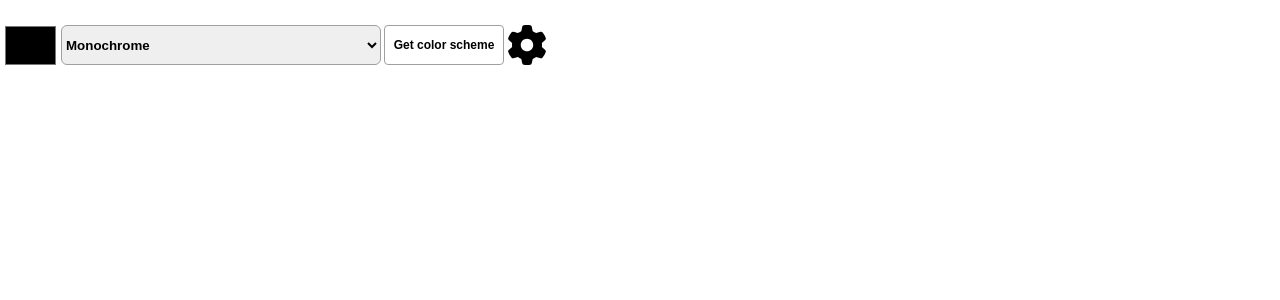
Repository: RadziSzop/colorPicker
Page: index.html
The author's editor kept a copy of each file at every save. The page is drawn from the files as they stood at one save, then again after the next save.
The browser window is 1280 px wide. The pictures show the whole page.

Above is the page before, as saved 2022-03-04 22:47:34.
Console error: TypeError: Cannot read properties of null (reading 'addEventListener')

### index.html
<!DOCTYPE html>
<html lang="en">
  <head>
    <meta charset="UTF-8" />
    <meta http-equiv="X-UA-Compatible" content="IE=edge" />
    <meta name="viewport" content="width=device-width, initial-scale=1.0" />
    <link rel="stylesheet" href="style.css" />
    <link rel="preconnect" href="https://fonts.googleapis.com" />
    <link rel="preconnect" href="https://fonts.gstatic.com" crossorigin />
    <link
      href="https://fonts.googleapis.com/css2?family=Roboto:wght@400;700&display=swap"
      rel="stylesheet"
    />
    <title>Document</title>
  </head>
  <body>
    <!-- <p id="test">ok</p> -->
    <div class="container">
      <div class="main">
        <input type="color" id="color-picker" />
        <select id="menu">
          <option value="Monochrome">Monochrome</option>
          <option value="Monochrome-dark">Monochrome-dark</option>
          <option value="Monochrome-light">Monochrome-light</option>
          <option value="Analogic">Analogic</option>
          <option value="Complement">Complement</option>
          <option value="Analogic-complement">Analogic-complement</option>
          <option value="Triad">Triad</option>
        </select>
        <button id="submit-button">Get color scheme</button>
        <!-- <button id="settings-button">Settings</button> -->
        <div class="gear">
          <img src="images/gear-solid.svg" alt="" />
        </div>
      </div>
      <div class="colors">
        <div class="colorBox" id="color1"></div>
        <div class="colorBox" id="color2"></div>
        <div class="colorBox" id="color3"></div>
        <div class="colorBox" id="color4"></div>
        <div class="colorBox" id="color5"></div>
      </div>
      <div class="color_values">
        <div class="valueBox"><p id="value1"></p></div>
        <div class="valueBox"><p id="value2"></p></div>
        <div class="valueBox"><p id="value3"></p></div>
        <div class="valueBox"><p id="value4"></p></div>
        <div class="valueBox"><p id="value5"></p></div>
      </div>
    </div>
    <script src="main.js"></script>
  </body>
</html>

### style.css
* {
  box-sizing: border-box;
}
img {
  height: 100%;
  width: 100%;
}

html {
  font-family: "Roboto", sans-serif;
}
html,
body {
  margin: 0;
  padding: 0;
}
select {
  width: 320px;
  height: 40px;
  border-radius: 6px;
  font-weight: 700;
  border: 1px rgb(160, 160, 160) solid;
}
button {
  width: 120px;
  height: 40px;
  font-size: 12px;
  background-color: white;
  border: 1px rgb(160, 160, 160) solid;
  border-radius: 4px;
  font-weight: 700;
  cursor: pointer;
  transition: transform 0.2s;
}
.buttonClick {
  transform: scale(1.1);
}
option {
  padding-top: 5px;
}
.container {
  width: 550px;
  height: 550px;
  display: flex;
  flex-direction: column;
}
.main {
  height: 90px;
  width: 100%;
  background-color: rgb(255, 255, 255);
  display: flex;
  justify-content: space-evenly;
  align-items: center;
}
.gear {
  height: 40px;
  width: 40px;
}

.colors {
  height: 415px;
  display: flex;
}
.colorBox {
  width: 20%;
  height: 100%;
  background-color: rgb(255, 255, 255);
  transition: background 1s;
  /* border: 1px black solid; */
}
.color_values {
  height: 45px;
  display: flex;
  /* background-color: gray; */
}
.valueBox {
  height: 100%;
  width: 20%;
  /* border: 1px solid black; */
  display: flex;
  justify-content: center;
  align-items: center;
  font-weight: 700;
}
#color-picker {
  padding: 0;
  margin: 0;
  height: 47px;
  width: 55px;
  border: none;
  outline: none;
  -webkit-appearance: none;
  background-color: white;
}

### main.js
let colorEl1 = document.querySelector("#color1")
let colorEl2 = document.querySelector("#color2")
let colorEl3 = document.querySelector("#color3")
let colorEl4 = document.querySelector("#color4")
let colorEl5 = document.querySelector("#color5")
let valueEl1 = document.querySelector("#value1")
let valueEl2 = document.querySelector("#value2")
let valueEl3 = document.querySelector("#value3")
let valueEl4 = document.querySelector("#value4")
let valueEl5 = document.querySelector("#value5")
let submitBtnEl = document.querySelector("#submit-button")
let settingsBtnEl = document.querySelector("#settings-button")
let colorPicerEl = document.querySelector("#color-picker")
let menuEl = document.querySelector("#menu")

let testEl = document.querySelector("#test")
let apiData
settingsBtnEl.addEventListener("click", function(){
    chrome.storage.sync.get('foo', function(items) {
        testEl.textContent =  JSON.stringify(items);
      });

})
submitBtnEl.addEventListener("click", getingColors)



function getingColors(){
    let color = colorPicerEl.value.slice(1)
    let type = menuEl.value.toLowerCase()

    chrome.storage.sync.set({'foo': color}, function() {
        console.log('Settings saved');
      });

    fetch(`https://www.thecolorapi.com/scheme?hex=${color}&mode=${type}`)
    .then(response => response.json())
    .then(json => {
        apiData = json

        colorEl1.style.backgroundColor = apiData.colors[0].rgb.value
        colorEl2.style.backgroundColor = apiData.colors[1].rgb.value
        colorEl3.style.backgroundColor = apiData.colors[2].rgb.value
        colorEl4.style.backgroundColor = apiData.colors[3].rgb.value
        colorEl5.style.backgroundColor = apiData.colors[4].rgb.value

        valueEl1.textContent = apiData.colors[0].hex.clean
        valueEl2.textContent = apiData.colors[1].hex.clean
        valueEl3.textContent = apiData.colors[2].hex.clean
        valueEl4.textContent = apiData.colors[3].hex.clean
        valueEl5.textContent = apiData.colors[4].hex.clean
    })
}

After the next save:
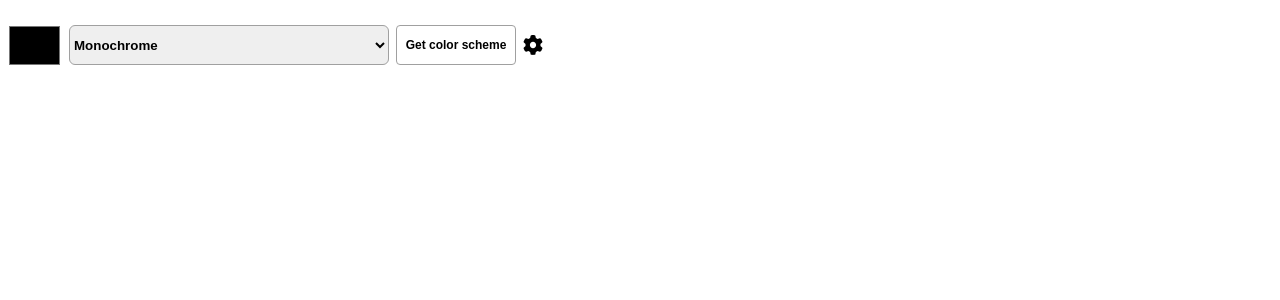
Saved 20 s later.
--- a/style.css
+++ b/style.css
@@ -53,8 +53,8 @@
   align-items: center;
 }
 .gear {
-  height: 40px;
-  width: 40px;
+  height: 20px;
+  width: 20px;
 }
 
 .colors {
